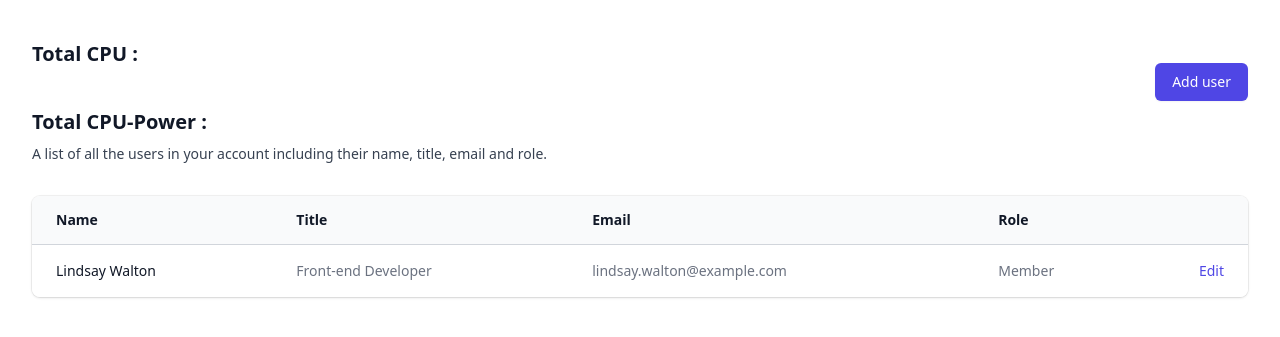
Repository: emorilebo/cpu-reader
Page: /
An editor plug-in stored every save of this project. The page is shown before and after the next save, followed by the edit.
The browser window is 1280 px wide. The pictures show the whole page.
The project was rebuilt for these pictures with package versions that can differ from the ones it lists, and the page was loaded fresh each time. The framework's server and built-in components were replaced by stand-ins that run in the browser. Also part of the build but not shown: next.config.js, styles/Home.module.css.

Above is the page before, as saved 2023-01-13 12:28:44.

### pages/index.js
import Head from 'next/head'
import Image from 'next/image'
import { Inter } from '@next/font/google'
import styles from '../styles/Home.module.css'
import Tables from '../components/Tables'

const inter = Inter({ subsets: ['latin'] })

export default function Home() {
  return (
    <>
      <Head>
        <title>Create Next App</title>
        <meta name="description" content="Generated by create next app" />
        <meta name="viewport" content="width=device-width, initial-scale=1" />
        <link rel="icon" href="/favicon.ico" />
      </Head>
      <main className="">
       <Tables/>
      </main>
    </>
  )
}

### styles/globals.css
@tailwind base;
@tailwind components;
@tailwind utilities;

/* :root {
  --max-width: 1100px;
  --border-radius: 12px;
  --font-mono: ui-monospace, Menlo, Monaco, "Cascadia Mono", "Segoe UI Mono",
    "Roboto Mono", "Oxygen Mono", "Ubuntu Monospace", "Source Code Pro",
    "Fira Mono", "Droid Sans Mono", "Courier New", monospace;

  --foreground-rgb: 0, 0, 0;
  --background-start-rgb: 214, 219, 220;
  --background-end-rgb: 255, 255, 255;

  --primary-glow: conic-gradient(
    from 180deg at 50% 50%,
    #16abff33 0deg,
    #0885ff33 55deg,
    #54d6ff33 120deg,
    #0071ff33 160deg,
    transparent 360deg
  );
  --secondary-glow: radial-gradient(
    rgba(255, 255, 255, 1),
    rgba(255, 255, 255, 0)
  );

  --tile-start-rgb: 239, 245, 249;
  --tile-end-rgb: 228, 232, 233;
  --tile-border: conic-gradient(
    #00000080,
    #00000040,
    #00000030,
    #00000020,
    #00000010,
    #00000010,
    #00000080
  );

  --callout-rgb: 238, 240, 241;
  --callout-border-rgb: 172, 175, 176;
  --card-rgb: 180, 185, 188;
  --card-border-rgb: 131, 134, 135;
}

@media (prefers-color-scheme: dark) {
  :root {
    --foreground-rgb: 255, 255, 255;
    --background-start-rgb: 0, 0, 0;
    --background-end-rgb: 0, 0, 0;

    --primary-glow: radial-gradient(rgba(1, 65, 255, 0.4), rgba(1, 65, 255, 0));
    --secondary-glow: linear-gradient(
      to bottom right,
      rgba(1, 65, 255, 0),
      rgba(1, 65, 255, 0),
      rgba(1, 65, 255, 0.3)
    );

    --tile-start-rgb: 2, 13, 46;
    --tile-end-rgb: 2, 5, 19;
    --tile-border: conic-gradient(
      #ffffff80,
      #ffffff40,
      #ffffff30,
      #ffffff20,
      #ffffff10,
      #ffffff10,
      #ffffff80
    );

    --callout-rgb: 20, 20, 20;
    --callout-border-rgb: 108, 108, 108;
    --card-rgb: 100, 100, 100;
    --card-border-rgb: 200, 200, 200;
  }
}

* {
  box-sizing: border-box;
  padding: 0;
  margin: 0;
}

html,
body {
  max-width: 100vw;
  overflow-x: hidden;
}

body {
  color: rgb(var(--foreground-rgb));
  background: linear-gradient(
      to bottom,
      transparent,
      rgb(var(--background-end-rgb))
    )
    rgb(var(--background-start-rgb));
}

a {
  color: inherit;
  text-decoration: none;
}

@media (prefers-color-scheme: dark) {
  html {
    color-scheme: dark;
  }
} */

### components/Tables.jsx
import React from "react";

const cpu = [
    { name: 'Lindsay Walton', title: 'Front-end Developer', email: 'lindsay.walton@example.com', role: 'Member' },
    // More people...
  ]

export default function Tables() {
  return (
    <div className="px-4 sm:px-6 lg:px-8">
      <div className="sm:flex sm:items-center">
        <div className="sm:flex-auto">
          <h1 className=" mt-10 text-xl font-semibold text-gray-900">Total CPU : </h1>
          <h1 className=" mt-10 text-xl font-semibold text-gray-900">Total CPU-Power : </h1>
          <p className="mt-2 text-sm text-gray-700">
            A list of all the users in your account including their name, title,
            email and role.
          </p>
        </div>
        <div className="mt-4 sm:mt-0 sm:ml-16 sm:flex-none">
          <button
            type="button"
            className="inline-flex items-center justify-center rounded-md border border-transparent bg-indigo-600 px-4 py-2 text-sm font-medium text-white shadow-sm hover:bg-indigo-700 focus:outline-none focus:ring-2 focus:ring-indigo-500 focus:ring-offset-2 sm:w-auto"
          >
            Add user
          </button>
        </div>
      </div>
      <div className="mt-8 flex flex-col">
        <div className="-my-2 -mx-4 overflow-x-auto sm:-mx-6 lg:-mx-8">
          <div className="inline-block min-w-full py-2 align-middle md:px-6 lg:px-8">
            <div className="overflow-hidden shadow ring-1 ring-black ring-opacity-5 md:rounded-lg">
              <table className="min-w-full divide-y divide-gray-300">
                <thead className="bg-gray-50">
                  <tr>
                    <th
                      scope="col"
                      className="py-3.5 pl-4 pr-3 text-left text-sm font-semibold text-gray-900 sm:pl-6"
                    >
                      Name
                    </th>
                    <th
                      scope="col"
                      className="px-3 py-3.5 text-left text-sm font-semibold text-gray-900"
                    >
                      Title
                    </th>
                    <th
                      scope="col"
                      className="px-3 py-3.5 text-left text-sm font-semibold text-gray-900"
                    >
                      Email
                    </th>
                    <th
                      scope="col"
                      className="px-3 py-3.5 text-left text-sm font-semibold text-gray-900"
                    >
                      Role
                    </th>
                    <th
                      scope="col"
                      className="relative py-3.5 pl-3 pr-4 sm:pr-6"
                    >
                      <span className="sr-only">Edit</span>
                    </th>
                  </tr>
                </thead>
                <tbody className="divide-y divide-gray-200 bg-white">
                  {cpu.map((person) => (
                    <tr key={person.email}>
                      <td className="whitespace-nowrap py-4 pl-4 pr-3 text-sm font-medium text-gray-900 sm:pl-6">
                        {person.name}
                      </td>
                      <td className="whitespace-nowrap px-3 py-4 text-sm text-gray-500">
                        {person.title}
                      </td>
                      <td className="whitespace-nowrap px-3 py-4 text-sm text-gray-500">
                        {person.email}
                      </td>
                      <td className="whitespace-nowrap px-3 py-4 text-sm text-gray-500">
                        {person.role}
                      </td>
                      <td className="relative whitespace-nowrap py-4 pl-3 pr-4 text-right text-sm font-medium sm:pr-6">
                        <a
                          href="#"
                          className="text-indigo-600 hover:text-indigo-900"
                        >
                          Edit<span className="sr-only">, {person.name}</span>
                        </a>
                      </td>
                    </tr>
                  ))}
                </tbody>
              </table>
            </div>
          </div>
        </div>
      </div>
    </div>
  );
}

Loaded but not shown: pages/_app.js (common file); pages/_document.js (common file); tailwind.config.js (common file)

After the next save:
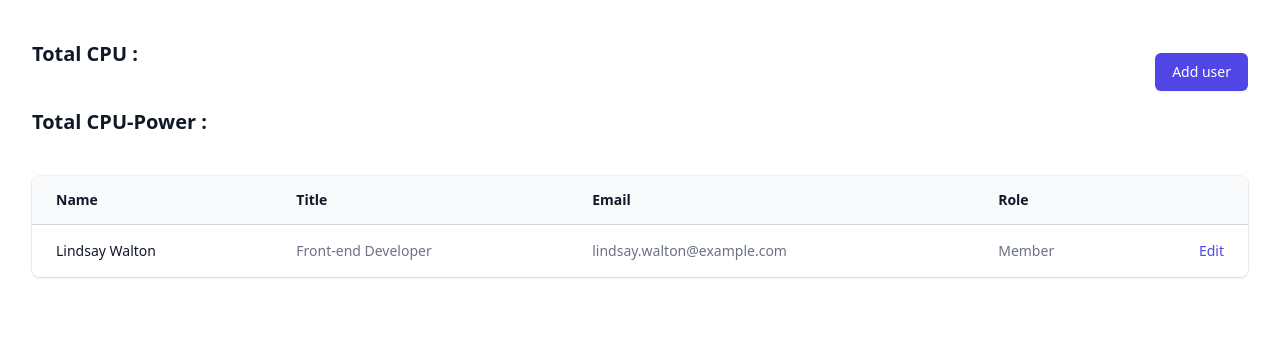
Saved 15 s later.
--- a/components/Tables.jsx
+++ b/components/Tables.jsx
@@ -13,8 +13,7 @@ export default function Tables() {
           <h1 className=" mt-10 text-xl font-semibold text-gray-900">Total CPU : </h1>
           <h1 className=" mt-10 text-xl font-semibold text-gray-900">Total CPU-Power : </h1>
           <p className="mt-2 text-sm text-gray-700">
-            A list of all the users in your account including their name, title,
-            email and role.
+
           </p>
         </div>
         <div className="mt-4 sm:mt-0 sm:ml-16 sm:flex-none">
